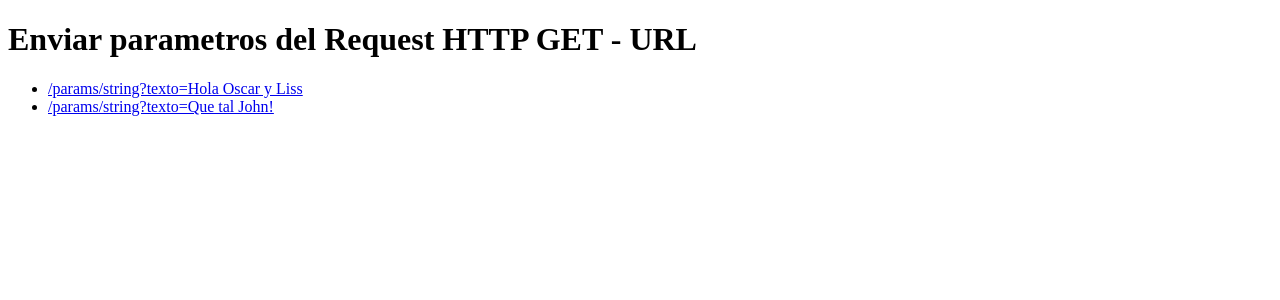
Repository: cokkike88/SpringFramework5
Page: http://localhost/params/index
The author's editor kept a copy of each file at every save. The page is drawn from the files as they stood at one save, then again after the next save.
The browser window is 1280 px wide. The pictures show the whole page.
The page is this project's Thymeleaf template; nobody is signed in. The template is opened directly, without the code that normally fills it, so the values that code supplies are empty.

Above is the page before, as saved 2020-03-06 04:56:51.

After the next save:
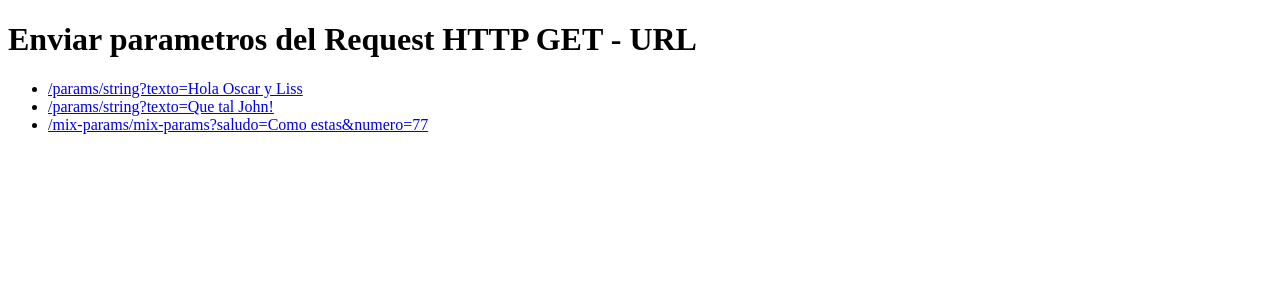
Saved 2 days later.
--- a/spring-boot-web/src/main/resources/templates/params/index.html
+++ b/spring-boot-web/src/main/resources/templates/params/index.html
@@ -13,6 +13,9 @@
 		<li>
 			<a th:href="@{/params/string(texto='Que tal John!!')}">/params/string?texto=Que tal John!</a>
 		</li>
+		<li>
+			<a th:href="@{/params/mix-params(saludo='Como estas', numero=77)}">/mix-params/mix-params?saludo=Como estas&numero=77</a>
+		</li>
 	</ul>
 </body>
 </html>
